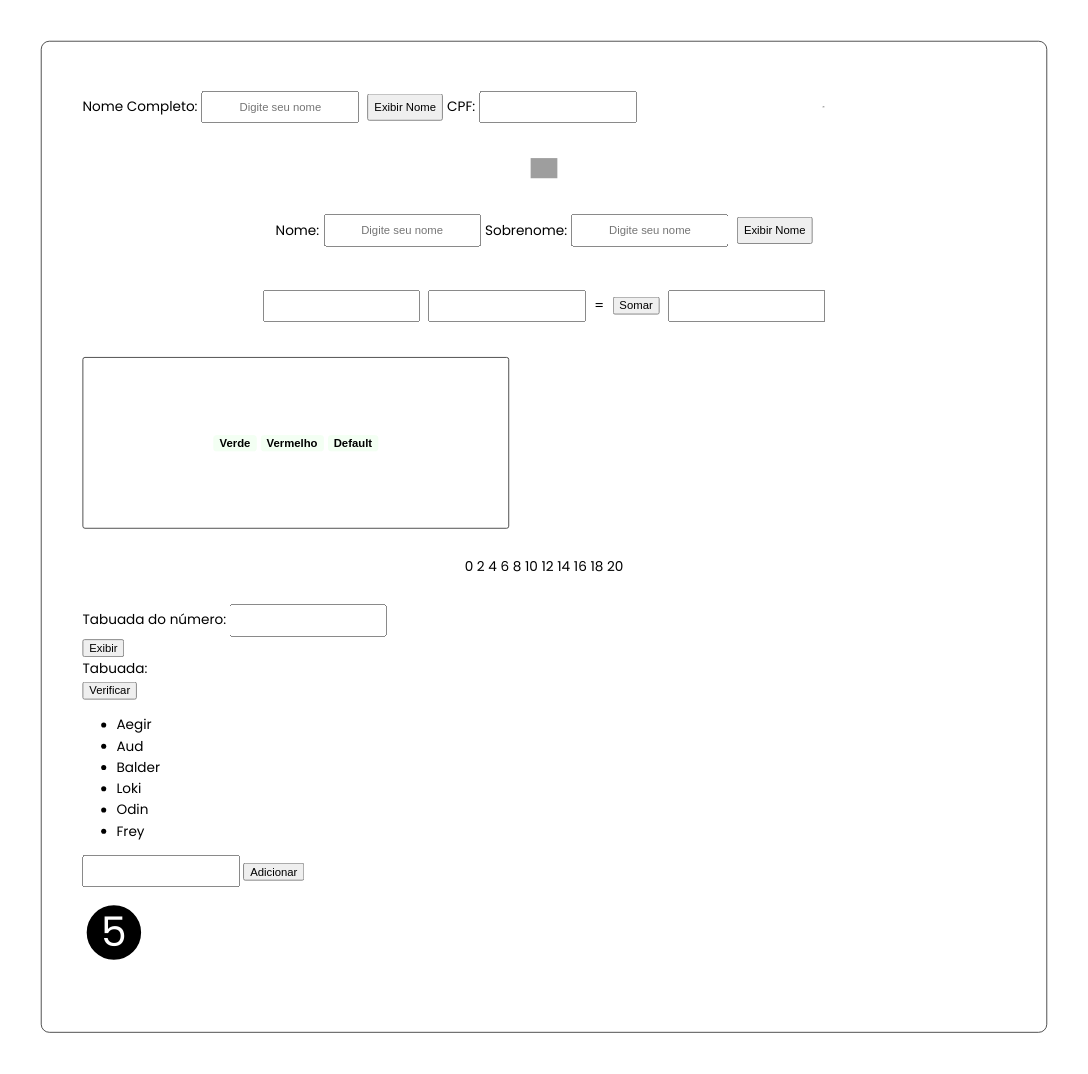
Repository: guilhermecardoso93/exerciciosjs
Page: index.html
These files come from the project's save history. The page is drawn as it stood at one moment and after the next save; the edit follows.
The browser window is 1280 px wide. The pictures show the whole page, at 85% of full size.
Pictures or frames that could not be fetched are drawn as grey boxes.

Above is the page before, as saved 2023-05-21 17:28:14.

After the next save:
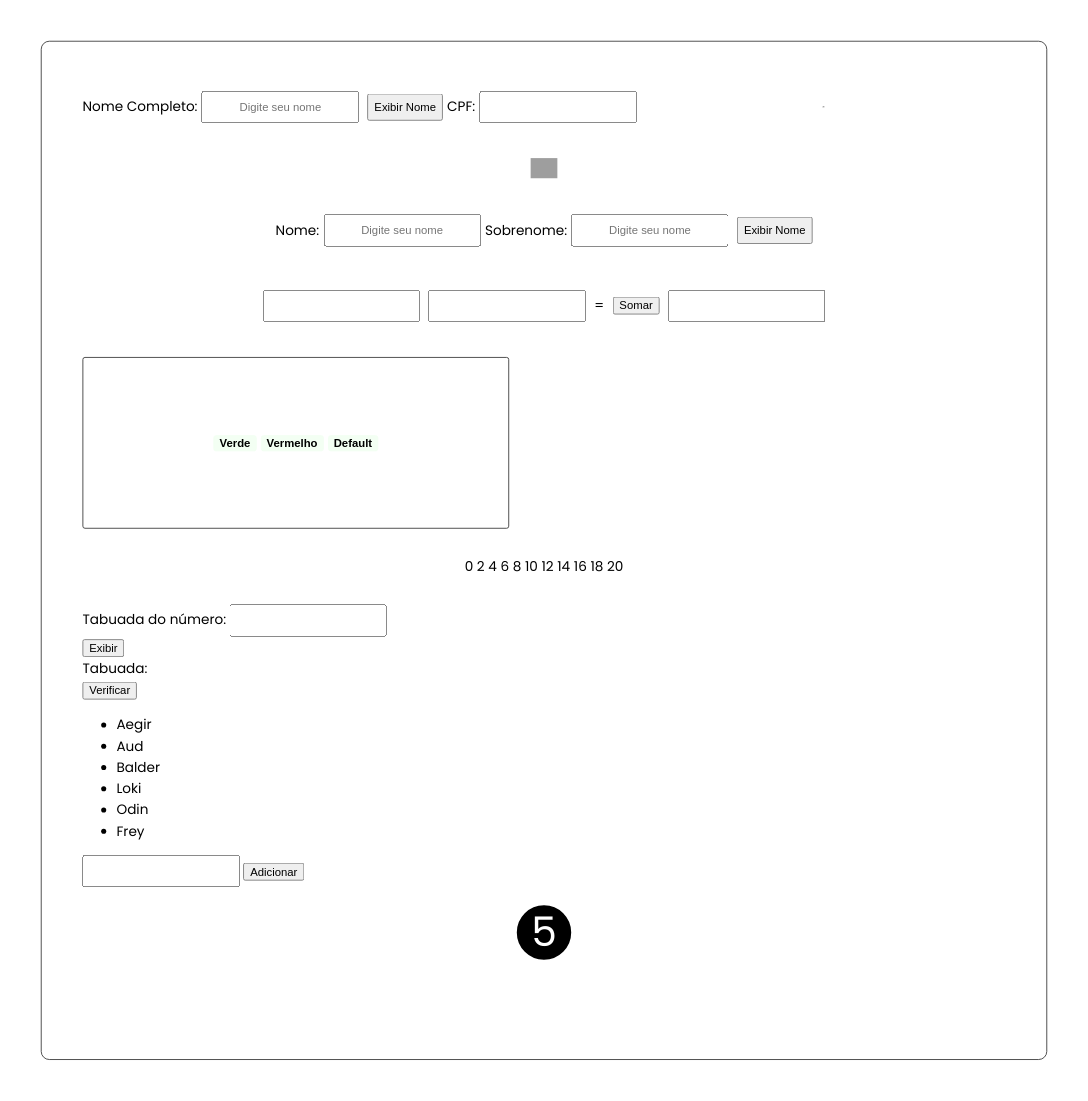
Saved 24 s later.
--- a/index.html
+++ b/index.html
@@ -71,7 +71,9 @@
     <button onclick="adicionarTexto()">Adicionar</button>
     <ul id="lista"></ul>
 
-    <div id="contador"></div>
+    <div id="contadordiv">
+      <div id="contador"></div>
+    </div>
 
   </body>
   <script src="./script.js"></script>
